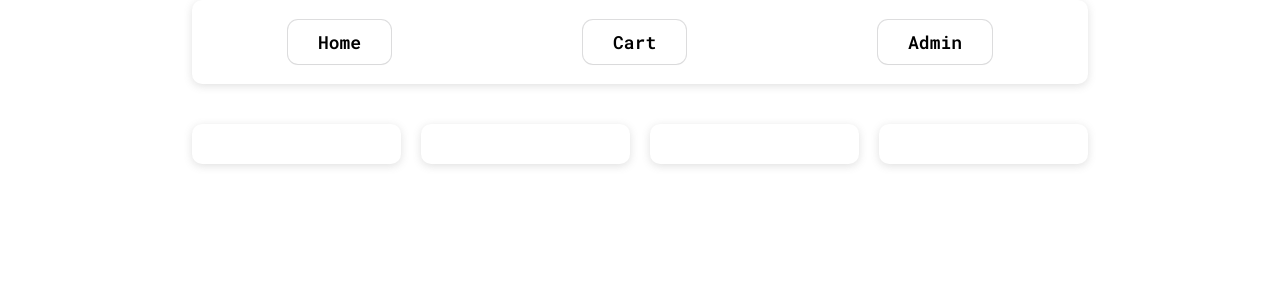
Repository: tuankiet10920/vuejs
Page: /
These files come from the project's save history. The page is drawn as it stood at one moment and after the next save; the edit follows.
The browser window is 1280 px wide. The pictures show the whole page.
The project was rebuilt for these pictures with package versions that can differ from the ones it lists, and the page was loaded fresh each time. Also part of the build but not shown: vite.config.js, src/components/button.vue.

Above is the page before, as saved 2024-08-24 13:26:28.

After the next save:
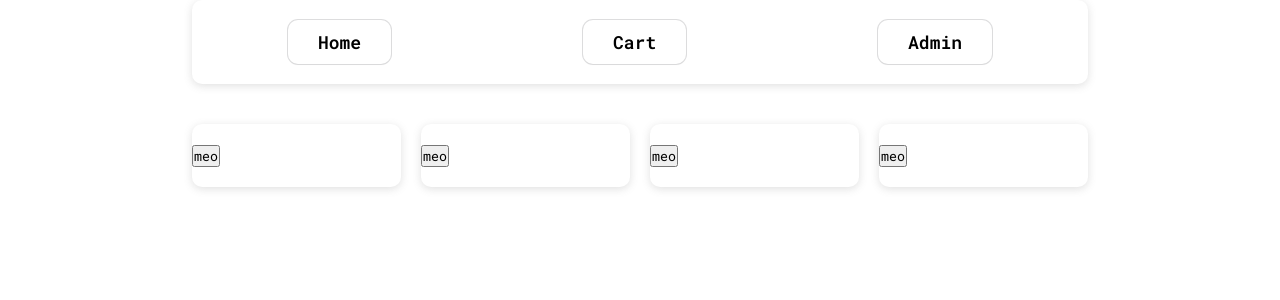
Saved 36 s later.
--- a/src/components/product.vue
+++ b/src/components/product.vue
@@ -12,6 +12,7 @@
             </div>
             <Button />
         </div> -->
+        <button>meo</button>
     </div>
 </template>
 
